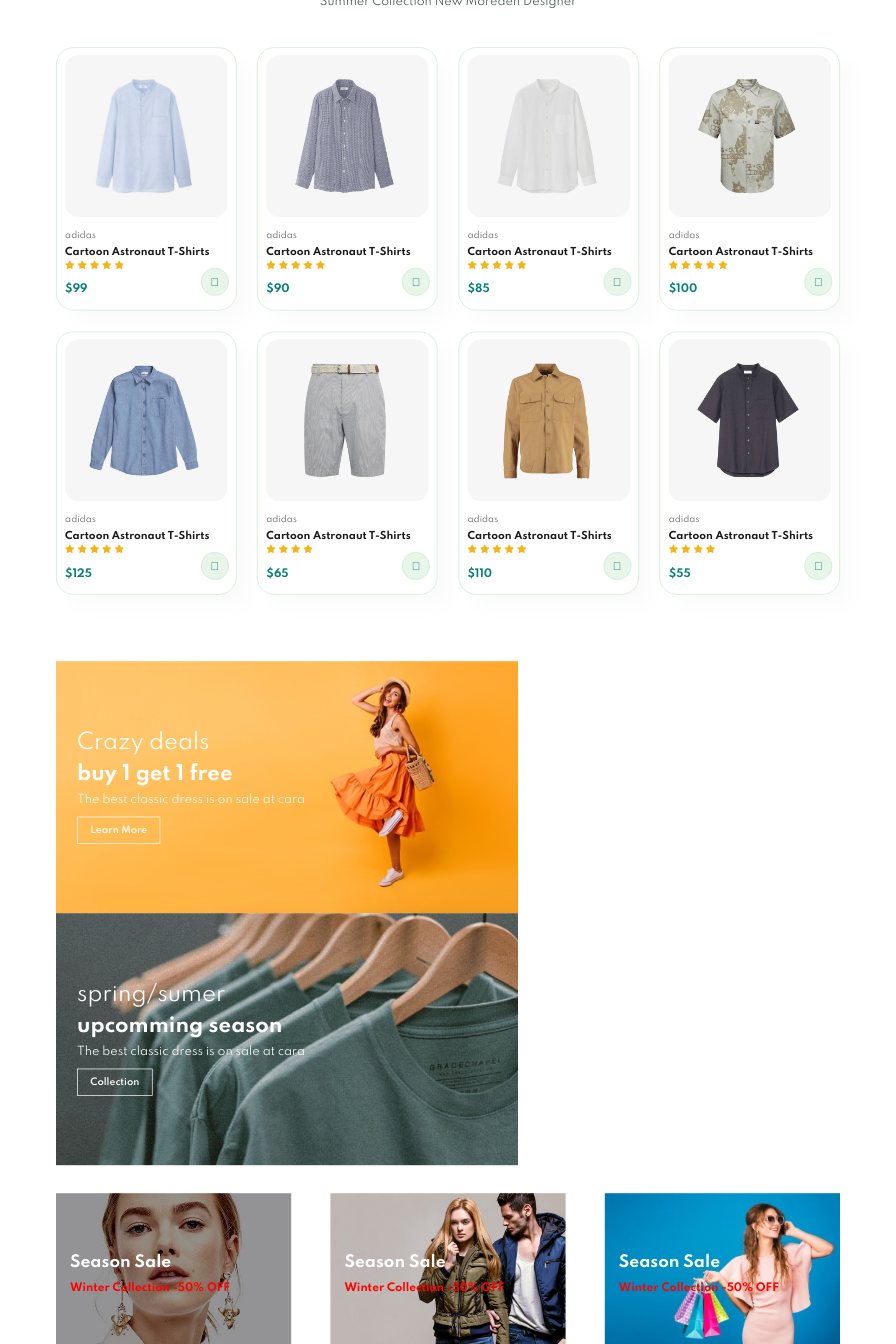
Repository: MinhNhatIT2901/Ecommerce
Page: index.html
The author's editor kept a copy of each file at every save. The page is drawn from the files as they stood at one save, then again after the next save.
The browser window is 1280 px wide. The pictures show the part of the page from y = 2542 to 4462 px (the page is 4462 px tall), at 70% of full size.
Some web libraries are served in a nearby version.

Above is the page before, as saved 2022-01-08 15:19:23.

After the next save:
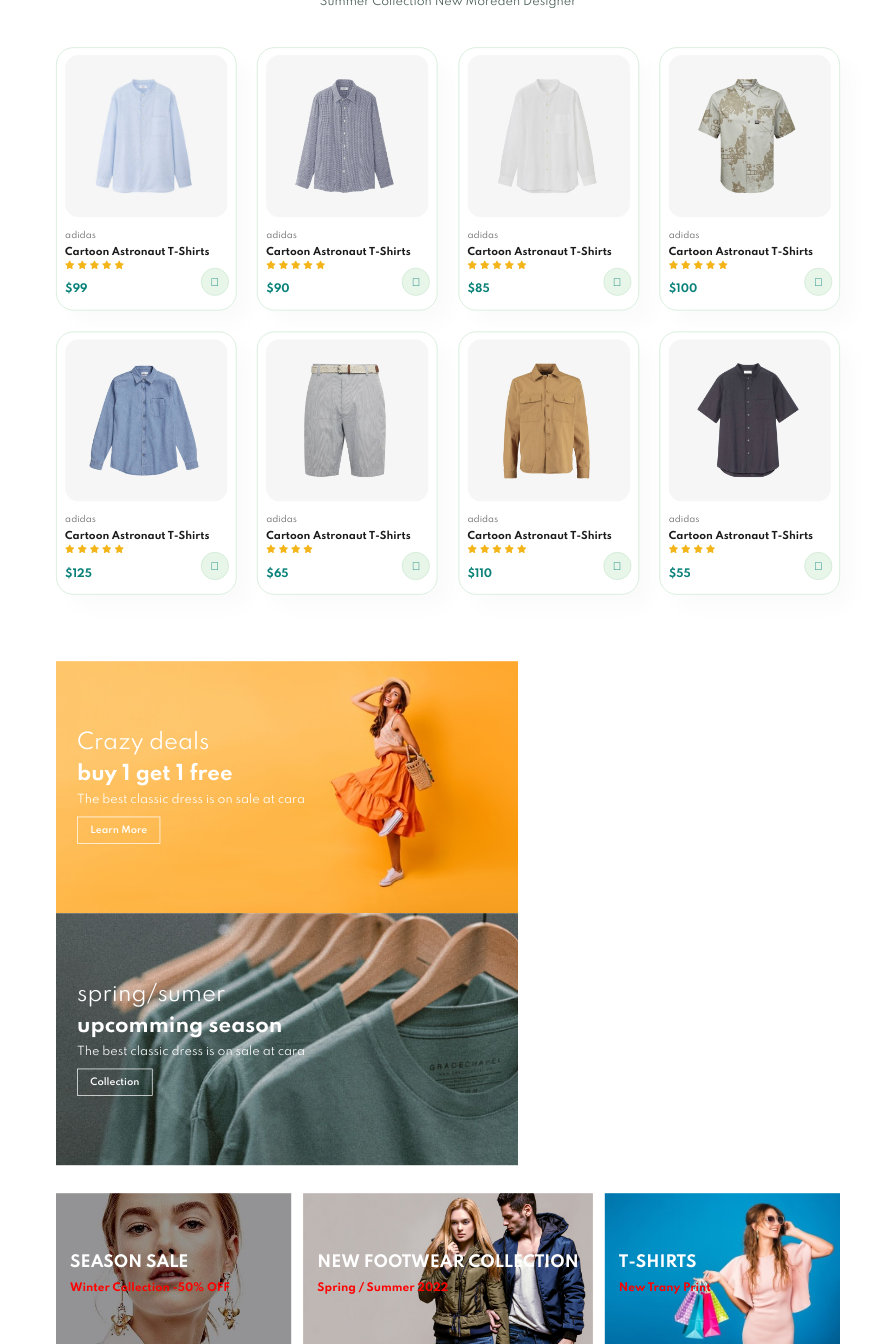
Saved 2 min 35 s later.
--- a/index.html
+++ b/index.html
@@ -350,16 +350,16 @@
 
     <section id="banner3">
         <div class="banner-box">
-            <h2>Season Sale</h2>
+            <h2>SEASON SALE</h2>
             <h3>Winter Collection -50% OFF</h3>
         </div>
         <div class="banner-box banner-box2">
-            <h2>Season Sale</h2>
-            <h3>Winter Collection -50% OFF</h3>
+            <h2>NEW FOOTWEAR COLLECTION</h2>
+            <h3>Spring / Summer 2022</h3>
         </div>
         <div class="banner-box banner-box3">
-            <h2>Season Sale</h2>
-            <h3>Winter Collection -50% OFF</h3>
+            <h2>T-SHIRTS</h2>
+            <h3>New Trany Print</h3>
         </div>
     </section>
     <script src="style.js"></script>
